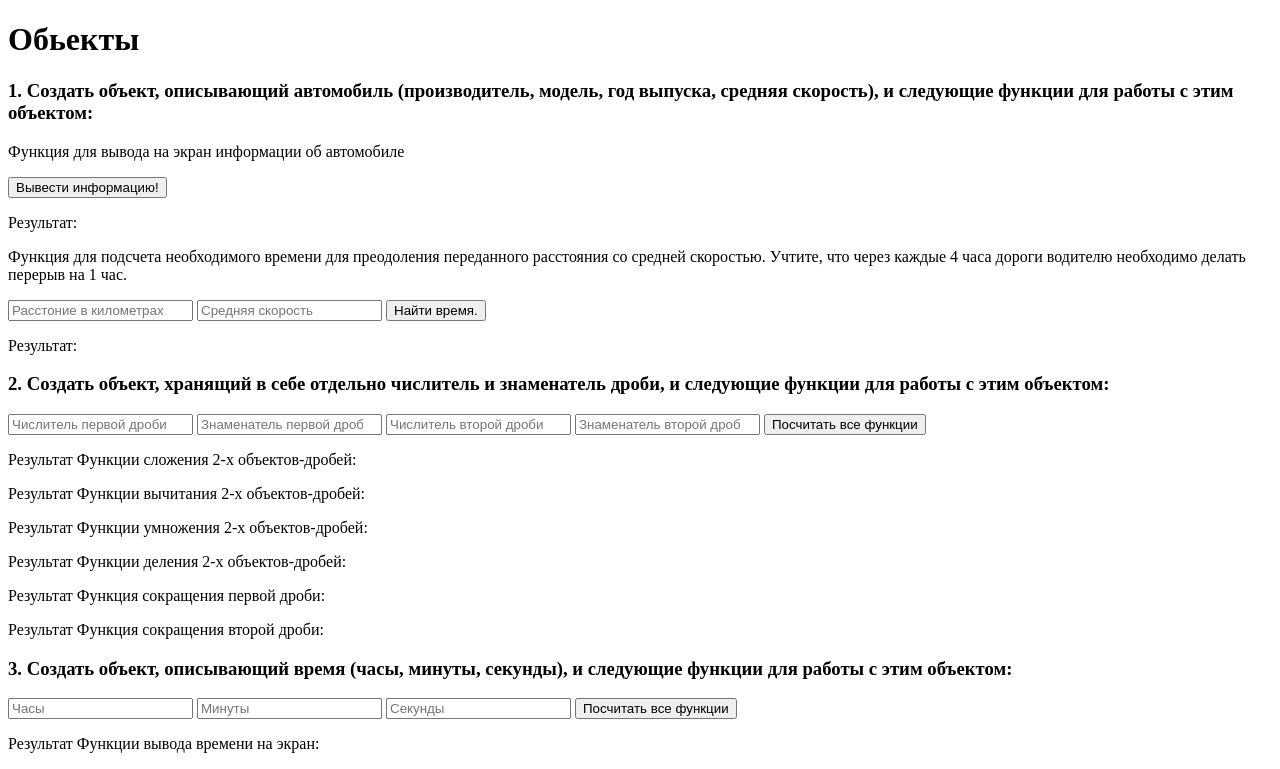
Repository: NastyaGavrilova/Beetroot-js
Page: HW4/index.html
An editor plug-in stored every save of this project. The page is shown before and after the next save, followed by the edit.
The browser window is 1280 px wide. The pictures show the whole page.

Above is the page before, as saved 2021-10-20 16:34:25.

### HW4/index.html
<!DOCTYPE html>
<html lang="en">
  <head>
    <meta charset="UTF-8" />
    <meta http-equiv="X-UA-Compatible" content="IE=edge" />
    <meta name="viewport" content="width=device-width, initial-scale=1.0" />
    <title>Objects</title>
  </head>
  <body>
    <header class="c-header">
      <div class="c-header__wrapper">
        <h1 class="c-header__title">Обьекты</h1>
      </div>
    </header>

    <section class="c-task1">
      <div class="c-task1__wrapper">
        <h3 class="c-task1__title">
          1. Создать объект, описывающий автомобиль (производитель, модель, год
          выпуска, средняя скорость), и следующие функции для работы с этим
          объектом:
        </h3>
        <p class="c-task1__paragraph">
          Функция для вывода на экран информации об автомобиле
        </p>
        <button class="c-task1__btn" id="js-task1-btn">
          Вывести информацию!
        </button>
        <p class="c-task1__result">
          Результат: <span id="js-tak1-span"></span>
        </p>
        <p class="c-task1__subparagraph">
          Функция для подсчета необходимого времени для преодоления переданного
          расстояния со средней скоростью. Учтите, что через каждые 4 часа
          дороги водителю необходимо делать перерыв на 1 час.
        </p>
        <form action="#" method="post" id="js-tak1-form">
          <input
            type="number"
            id="js-task1-input1"
            placeholder="Расстоние в километрах"
          />
          <input
            type="number"
            id="js-task1-input2"
            placeholder="Средняя скорость"
          />
          <button id="js-task1-btn1">Найти время.</button>
        </form>
        <p class="c-task1__result">
          Результат: <span id="js-task1-span1"></span>
        </p>
      </div>
    </section>

    <section class="c-task2">
      <div class="c-task2__wrapper">
        <h3 class="c-task2__title">
          2. Создать объект, хранящий в себе отдельно числитель и знаменатель
          дроби, и следующие функции для работы с этим объектом:
        </h3>
        <form action="#" class="c-task2-form" method="get">
          <input
            type="number"
            id="js-task2-input1"
            placeholder="Числитель первой дроби"
          />
          <input
            type="number"
            id="js-task2-input2"
            placeholder="Знаменатель первой дроби"
          />
          <input
            type="number"
            id="js-task2-input3"
            placeholder="Числитель второй дроби"
          />
          <input
            type="number"
            id="js-task2-input4"
            placeholder="Знаменатель второй дроби"
          />

          <button id="js-task2-btn">Посчитать все функции</button>
        </form>
        <p class="c-task2__result">
          Результат Функции сложения 2-х объектов-дробей:
          <span id="js-task2-span1"></span>
        </p>
        <p class="c-task2__result">
          Результат Функции вычитания 2-х объектов-дробей:
          <span id="js-task2-span2"></span>
        </p>
        <p class="c-task2__result">
          Результат Функции умножения 2-х объектов-дробей:
          <span id="js-task2-span3"></span>
        </p>
        <p class="c-task2__result">
          Результат Функции деления 2-х объектов-дробей:
          <span id="js-task2-span4"></span>
        </p>
        <p class="c-task2__result">
          Результат Функция сокращения первой дроби:
          <span id="js-task2-span5"></span>
        </p>
        <p class="c-task2__result">
          Результат Функция сокращения второй дроби:
          <span id="js-task2-span6"></span>
        </p>
      </div>
    </section>

    <section class="c-task3">
      <div class="c-task3__wrapper">
        <h3 class="c-task3__title">
          3. Создать объект, описывающий время (часы, минуты, секунды), и
          следующие функции для работы с этим объектом:
        </h3>
        <form action="#" class="c-task2-form" method="get">
          <input type="number" id="js-task3-input1" placeholder="Часы" />
          <input type="number" id="js-task3-input2" placeholder="Минуты" />
          <input type="number" id="js-task3-input3" placeholder="Секунды" />
          <button id="js-task3-btn">Посчитать все функции</button>
        </form>
        <p class="c-task3__result">
          Результат Функции вывода времени на экран:
          <span id="js-task3-span1"></span>
        </p>
        <!-- <p class="c-task3__result">
          Результат Функции изменения времени на переданное количество секунд:
          <span id="js-task3-span2"></span>
        </p>
        <p class="c-task3__result">
          Результат Функции изменения времени на переданное количество минут:
          <span id="js-task3-span3"></span>
        </p>
        <p class="c-task3__result">
          Результат Функции изменения времени на переданное количество часов:
          <span id="js-task3-span4"></span> -->
        <!-- </p> -->
      </div>
    </section>
    <script src="./index.js"></script>
  </body>
</html>

### HW4/index.js
// task 1
let car = {
  producer: "Volkswagen",
  model: "Tiguan",
  year: 2007,
  avgSpeed: 120,
};

let btn1 = document.getElementById("js-task1-btn");
btn1.addEventListener("click", (e) => {
  let information = document.getElementById("js-tak1-span");
  return (information.innerHTML =
    "Producer: " +
    car.producer +
    ",\nModel: " +
    car.model +
    ",\nAge of issue: " +
    car.year +
    ",\nAverage speed: " +
    car.avgSpeed +
    " km/h");
});

let btn1_1 = document.getElementById("js-task1-btn1");
btn1_1.addEventListener("click", (event) => {
  event.preventDefault();
  const distance = document.getElementById("js-task1-input1");
  const averageSpeed = document.getElementById("js-task1-input2");
  let time = document.getElementById("js-task1-span1");
  let timeInWay = Math.round(distance.value / averageSpeed.value);
  let timeInRest =
    timeInWay % 4 == 0 ? ((timeInWay / 4) | 0) - 1 : (timeInWay / 4) | 0;
  let timeTotal = timeInWay + timeInRest;
  return (time.innerHTML = timeTotal);
});

// task 2
let firstNumerator = document.getElementById("js-task2-input1");
let firstDenominator = document.getElementById("js-task2-input2");
let secondNumerator = document.getElementById("js-task2-input3");
let secondDenominator = document.getElementById("js-task2-input4");

function Fraction(upNumber, downNumber) {
  return { upNumber: upNumber, downNumber: downNumber };
}
let firstFraction = Fraction(firstNumerator, firstDenominator);
let secondFraction = Fraction(secondNumerator, secondDenominator);

function fracAddition(obj1, obj2) {
  let addition = document.getElementById("js-task2-span1");
  let resultUpNumber =
    obj1.upNumber.value * obj2.downNumber.value +
    obj2.upNumber.value * obj1.downNumber.value;
  let resultDownNumber = obj1.downNumber.value * obj2.downNumber.value;
  if (obj1.upNumber.value != 0 || obj2.upNumber.value != 0) {
    if (obj1.downNumber.value != 0 && obj2.downNumber.value != 0) {
      return (addition.innerHTML = `${resultUpNumber}/${resultDownNumber}`);
    } else {
      return (addition.innerHTML = "Деление на 0 невозможно!");
    }
  } else {
    return (addition.innerHTML = 0);
  }
}
function fracSubtraction(obj1, obj2) {
  let subtraction = document.getElementById("js-task2-span2");
  let resultUpNumber =
    obj1.upNumber.value * obj2.downNumber.value -
    obj2.upNumber.value * obj1.downNumber.value;
  let resultDownNumber = obj1.downNumber.value * obj2.downNumber.value;
  if (obj1.upNumber.value != 0 || obj2.upNumber.value != 0) {
    if (obj1.downNumber.value != 0 && obj2.downNumber.value != 0) {
      return (subtraction.innerHTML = `${resultUpNumber}/${resultDownNumber}`);
    } else {
      return (subtraction.innerHTML = "Деление на 0 невозможно!");
    }
  } else {
    return (subtraction.innerHTML = 0);
  }
}
function fracMiltiplicatin(obj1, obj2) {
  let multiplication = document.getElementById("js-task2-span3");
  let resultUpNumber = obj1.upNumber.value * obj2.upNumber.value;
  let resultDownNumber = obj1.downNumber.value * obj2.downNumber.value;
  if (obj1.upNumber.value != 0 && obj2.upNumber.value != 0) {
    if (obj1.downNumber.value != 0 && obj2.downNumber.value != 0) {
      return (multiplication.innerHTML = `${resultUpNumber}/${resultDownNumber}`);
    } else {
      return (multiplication.innerHTML = "Деление на 0 невозможно!");
    }
  } else {
    return (multiplication.innerHTML = 0);
  }
}
function fracDevision(obj1, obj2) {
  let devision = document.getElementById("js-task2-span4");
  let resultUpNumber = obj1.upNumber.value * obj2.downNumber.value;
  let resultDownNumber = obj1.downNumber.value * obj2.upNumber.value;
  if (obj1.downNumber.value != 0 && obj2.upNumber.value != 0) {
    if (obj1.upNumber.value != 0 && obj2.downNumber.value != 0) {
      return (devision.innerHTML = `${resultUpNumber}/${resultDownNumber}`);
    } else {
      return (devision.innerHTML = 0);
    }
  } else {
    return (devision.innerHTML = "Деление на 0 невозможно!");
  }
}

function fracReductionFirst(obj1) {
  let reduction = document.getElementById("js-task2-span5");
  let n;
  let d;

  for (var i = 2; i <= obj1.upNumber.value; i++) {
    if (obj1.upNumber.value % i === 0 && obj1.downNumber.value % i === 0) {
      (n = obj1.upNumber.value / i), (d = obj1.downNumber.value / i);
    }
  }

  if (obj1.upNumber.value != 0) {
    if (obj1.downNumber.value != 0) {
      return (reduction.innerHTML = n + "/" + d);
    } else {
      return (reduction.innerHTML = "Деление на 0 невозможно!");
    }
  } else {
    return (reduction.innerHTML = "Невозможно сократить дробь");
  }
}
function fracReductionSeocnd(obj2) {
  let reduction1 = document.getElementById("js-task2-span6");
  let n1;
  let d1;
  for (var j = 2; j <= obj2.upNumber.value; j++) {
    if (obj2.upNumber.value % j === 0 && obj2.downNumber.value % j === 0) {
      (n1 = obj2.upNumber.value / j), (d1 = obj2.downNumber.value / j);
    }
  }
  if (obj2.upNumber.value != 0) {
    if (obj2.downNumber.value != 0) {
      return (reduction1.innerHTML = n1 + "/" + d1);
    } else {
      return (reduction1.innerHTML = "Деление на 0 невозможно!");
    }
  } else {
    return (reduction1.innerHTML = "Невозможно сократить дробь");
  }
}
let btn2 = document.getElementById("js-task2-btn");
btn2.addEventListener("click", (et) => {
  et.preventDefault();
  fracAddition(firstFraction, secondFraction);
  fracSubtraction(firstFraction, secondFraction);
  fracMiltiplicatin(firstFraction, secondFraction);
  fracDevision(firstFraction, secondFraction);
  fracReductionFirst(firstFraction);
  fracReductionSeocnd(secondFraction);
});

// task 3

let hours = document.getElementById("js-task3-input1");
let minutes = document.getElementById("js-task3-input2");
let seconds = document.getElementById("js-task3-input3");
let btn3 = document.getElementById("js-task3-btn");

let objTime = {
  hours: 13,
  minutes: 56,
  seconds: 35,
  showTime: function () {
    let showInfoTime = document.getElementById("js-task3-span1");
    return (showInfoTime.innerHTML = `${this.hours}:${this.minutes}:${this.seconds}`);
  },
  addSeconds: function (seconds) {
    if (seconds <= 0) {
      alert("You entered incorrect time!");
    } else if (seconds + this.seconds >= 60) {
      let differenceMin = Math.floor((this.seconds + seconds) / 60);
      this.seconds = (this.seconds + seconds) % 60;
      this.addMinutes(differenceMin);
    } else {
      this.seconds += seconds;
    }
  },
  addMinutes: function (minutes) {
    if (minutes <= 0) {
      alert("You entered incorrect time!!!");
    } else if (this.minutes + minutes >= 60) {
      let differenceHours = Math.floor((this.minutes + minutes) / 60);
      this.minutes = (this.minutes + minutes) % 60;
      this.addHours(differenceHours);
    } else {
      this.minutes += minutes;
    }
  },
  addHours: function (hours) {
    if (hours <= 0) {
      alert("You entered incorrect time!");
    } else if (hours + this.hours >= 24) {
      this.hours = (this.hours + hours) % 24;
    } else {
      this.hours += hours;
    }
  },
};

btn3.addEventListener("click", (e) => {
  let secTime = document.getElementById("js-task3-input1");
  e.preventDefault();
  objTime.showTime();
  objTime.addSeconds(secTime.value);
  objTime.showTime();
});

After the next save:
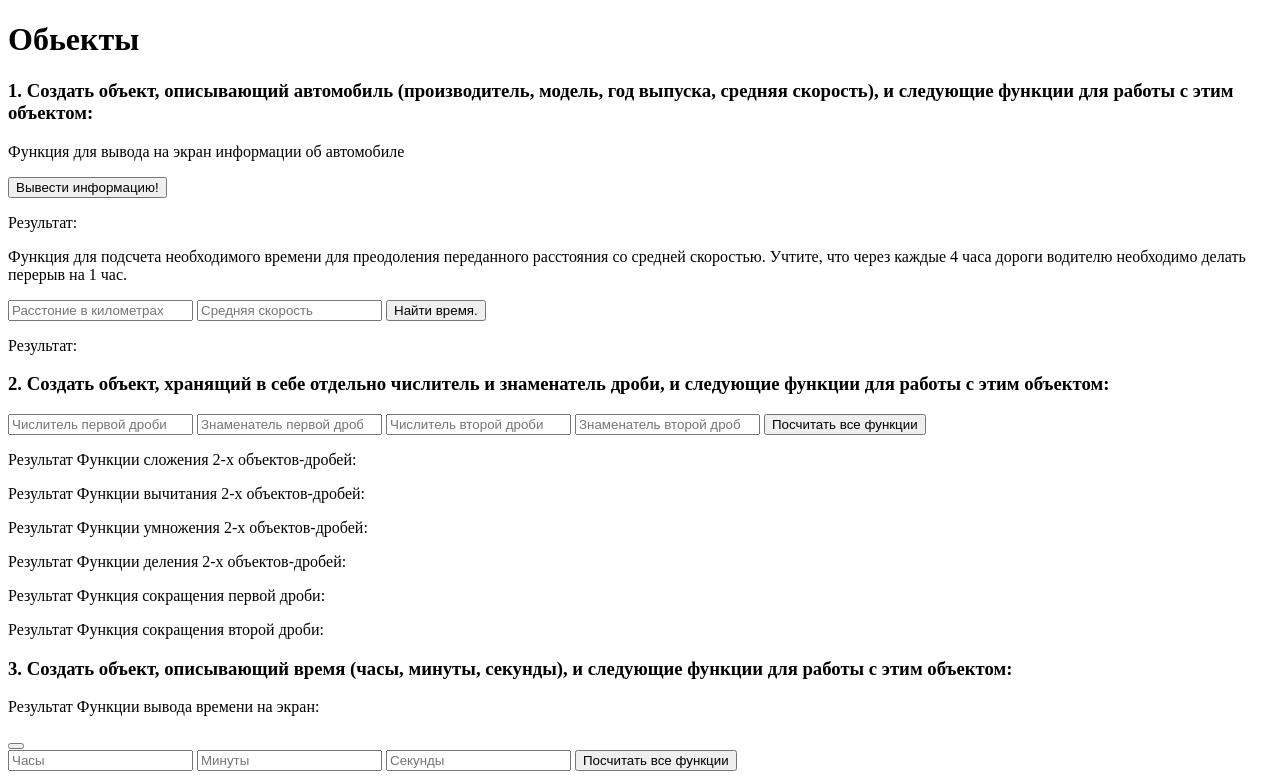
Console error: TypeError: Cannot read properties of null (reading 'addEventListener')
Saved 78 s later.
--- a/HW4/index.html
+++ b/HW4/index.html
@@ -116,16 +116,17 @@
           3. Создать объект, описывающий время (часы, минуты, секунды), и
           следующие функции для работы с этим объектом:
         </h3>
+        <p class="c-task3__result">
+          Результат Функции вывода времени на экран:
+          <span id="js-task3-span1"></span>
+        </p>
+        <button id="js-task3-btn1"></button>
         <form action="#" class="c-task2-form" method="get">
           <input type="number" id="js-task3-input1" placeholder="Часы" />
           <input type="number" id="js-task3-input2" placeholder="Минуты" />
           <input type="number" id="js-task3-input3" placeholder="Секунды" />
-          <button id="js-task3-btn">Посчитать все функции</button>
+          <button id="js-task3-bt2">Посчитать все функции</button>
         </form>
-        <p class="c-task3__result">
-          Результат Функции вывода времени на экран:
-          <span id="js-task3-span1"></span>
-        </p>
         <!-- <p class="c-task3__result">
           Результат Функции изменения времени на переданное количество секунд:
           <span id="js-task3-span2"></span>

After the 2 saves that followed:
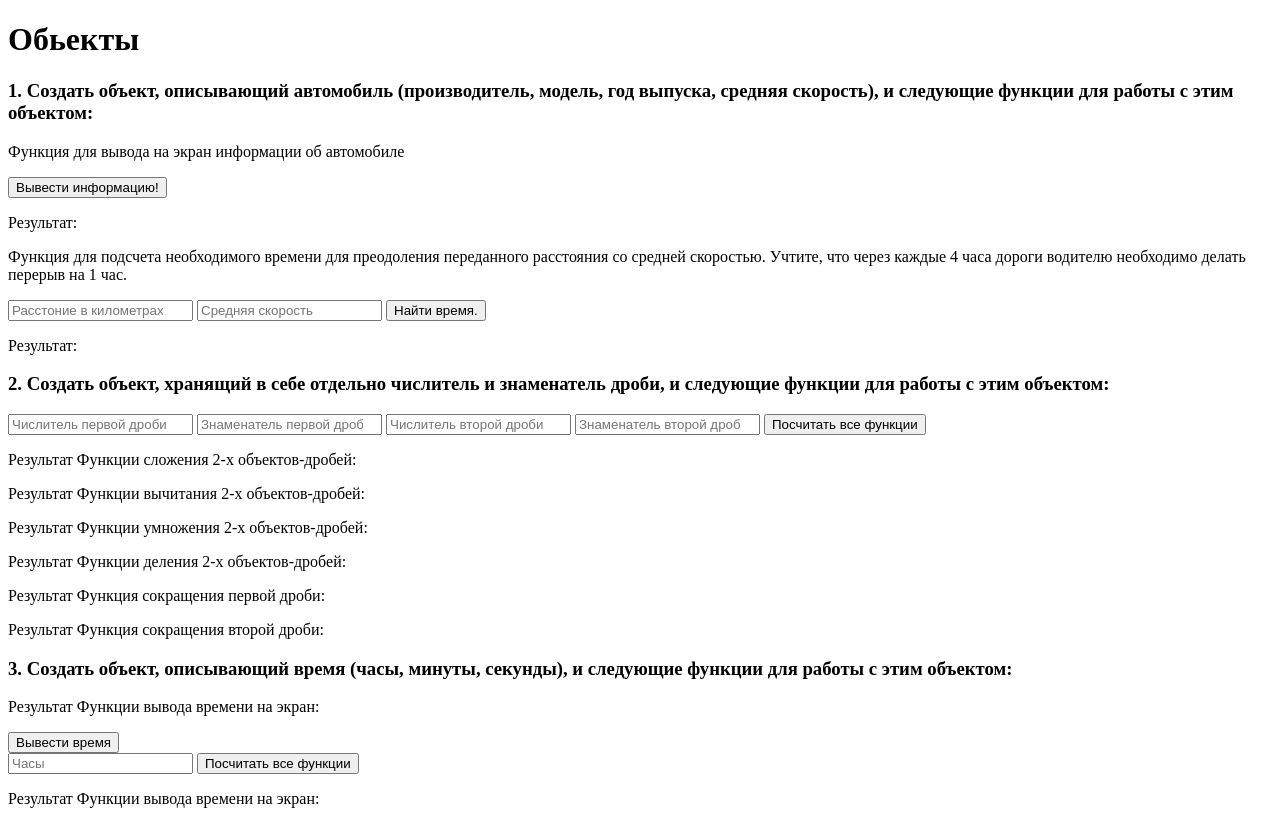
The error is gone.
The 2 saves are shown as one change because 1 left the picture as it was.
The last was saved 108 s later.
--- a/HW4/index.html
+++ b/HW4/index.html
@@ -120,13 +120,15 @@
           Результат Функции вывода времени на экран:
           <span id="js-task3-span1"></span>
         </p>
-        <button id="js-task3-btn1"></button>
+        <button id="js-task3-btn1">Вывести время</button>
         <form action="#" class="c-task2-form" method="get">
           <input type="number" id="js-task3-input1" placeholder="Часы" />
-          <input type="number" id="js-task3-input2" placeholder="Минуты" />
-          <input type="number" id="js-task3-input3" placeholder="Секунды" />
           <button id="js-task3-bt2">Посчитать все функции</button>
         </form>
+        <p class="c-task3__result">
+          Результат Функции вывода времени на экран:
+          <span id="js-task3-span2"></span>
+        </p>
         <!-- <p class="c-task3__result">
           Результат Функции изменения времени на переданное количество секунд:
           <span id="js-task3-span2"></span>
--- a/HW4/index.js
+++ b/HW4/index.js
@@ -163,7 +163,7 @@ btn2.addEventListener("click", (et) => {
 let hours = document.getElementById("js-task3-input1");
 let minutes = document.getElementById("js-task3-input2");
 let seconds = document.getElementById("js-task3-input3");
-let btn3 = document.getElementById("js-task3-btn");
+let btn3 = document.getElementById("js-task3-btn1");
 
 let objTime = {
   hours: 13,
@@ -206,10 +206,9 @@ let objTime = {
   },
 };
 
+btn3;
 btn3.addEventListener("click", (e) => {
   let secTime = document.getElementById("js-task3-input1");
   e.preventDefault();
   objTime.showTime();
-  objTime.addSeconds(secTime.value);
-  objTime.showTime();
-});
+});
